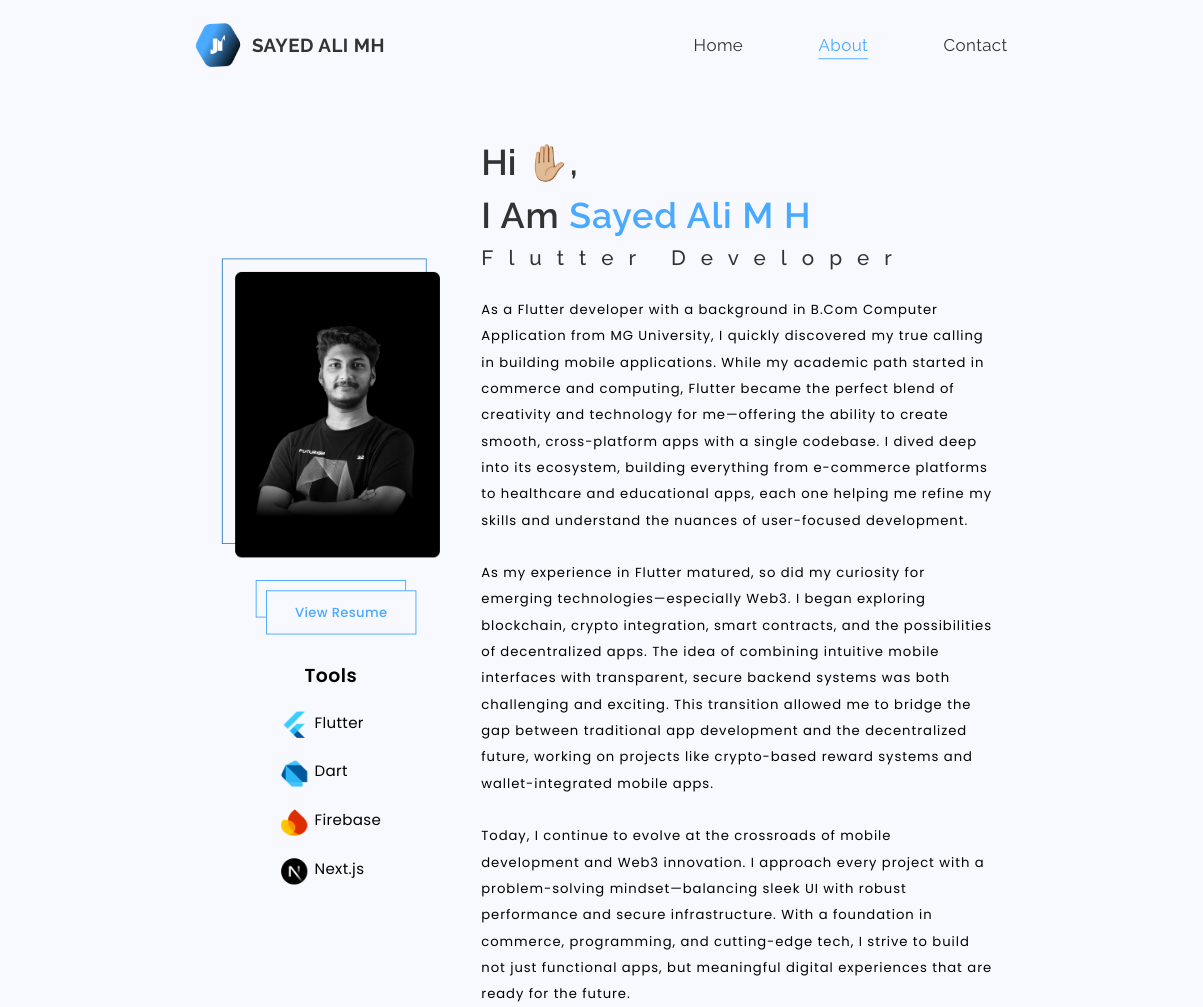
Repository: sayedali-2129/sayedali-portfolio
Page: /about
The author's editor kept a copy of each file at every save. The page is drawn from the files as they stood at one save, then again after the next save.
The browser window is 1280 px wide. The pictures show the whole page, at 94% of full size.
The project was rebuilt for these pictures with package versions that can differ from the ones it lists, and the page was loaded fresh each time. The framework's server and built-in components were replaced by stand-ins that run in the browser. Also part of the build but not shown: next.config.ts.

Above is the page before, as saved 2025-05-25 17:53:53.

### src/app/about/page.tsx
import About from "@/features/about/presentation/About";

function AboutPage() {
  return <About />;
}
export default AboutPage;

### src/features/about/presentation/About.tsx
import NavBar from "@/features/home/components/NavBar";
import AboutBody from "../components/AboutBody";

function About() {
  return (
    <div>
      <NavBar />
      <AboutBody />
    </div>
  );
}

export default About;

### src/features/home/components/NavBar.tsx
"use client";

import CloseIcon from "@/assets/icons/close-icon.png";
import Logo from "@/assets/icons/logo.png";
import MenuIcon from "@/assets/icons/menu.png";
import Image from "next/image";
import Link from "next/link";
import { usePathname } from "next/navigation";
import { useEffect, useState } from "react";

export default function NavBar() {
  const [showMenu, setShowMenu] = useState(false);
  const [mounted, setMounted] = useState(false);
  const pathname = usePathname();

  useEffect(() => {
    setMounted(true);
  }, []);

  const openMenu = () => {
    setShowMenu(!showMenu);
  };

  const navBarItemClass =
    "text-TextColor sm:font-RalewayRegular sm:text-lg text-[16px] font-RalewaySemiBold tracking-wide hover:cursor-pointer hover:text-TextBlue";

  return (
    <div className="z-50 md:h-24 h-20 w-full bg-BackGroundColor fixed xl:px-52 md:px-32 sm:px-16 px-4 flex flex-row items-center justify-between">
      <ul className="flex gap-2 items-center">
        <li>
          <Link href="/">
            <Image
              src={Logo}
              alt="SAYED ALI MH LOGO"
              className="md:h-12 md:w-12 h-10 w-10"
            />
          </Link>
        </li>
        <li>
          <Link
            href="/"
            className="ml-1 text-TextColor md:text-xl text-[16px] font-RalewayBold tracking-wide"
          >
            SAYED ALI MH
          </Link>
        </li>
      </ul>

      <ul className="hidden sm:flex flex-row xl:gap-20 md:gap-14 sm:gap-9">
        <li>
          <Link
            href="/"
            className={`${
              pathname === "/"
                ? "text-TextBlue underline underline-offset-8"
                : "text-TextColor"
            } sm:font-RalewayRegular sm:text-lg text-[16px] font-RalewaySemiBold tracking-wide hover:cursor-pointer hover:text-TextBlue`}
          >
            Home
          </Link>
        </li>

        <li>
          <Link
            href="/about"
            className={`${
              pathname === "/about"
                ? "text-TextBlue underline underline-offset-8"
                : "text-TextColor"
            } sm:font-RalewayRegular sm:text-lg text-[16px] font-RalewaySemiBold tracking-wide hover:cursor-pointer hover:text-TextBlue`}
          >
            About
          </Link>
        </li>

        <li>
          <a
            href="mailto:sayedalimh@gmail.com"
            target="_blank"
            rel="noopener noreferrer"
            className={navBarItemClass}
          >
            Contact
          </a>
        </li>
      </ul>
      <Image
        src={MenuIcon}
        alt="Menu Icon"
        onClick={openMenu}
        className="flex sm:hidden h-8 w-8 hover:cursor-pointer"
      />
      {mounted && (
        <>
          <div
            className={`fixed inset-0 bg-black/50 transition-opacity duration-300 sm:hidden ${
              showMenu ? "opacity-100" : "opacity-0 pointer-events-none"
            }`}
            onClick={openMenu}
          />
          <div
            className={`z-50 flex sm:hidden flex-col gap-2 rounded-xl absolute top-24 left-1/2 transform -translate-x-1/2 bg-BackGroundColor p-3 w-60 items-center transition-all duration-300 ${
              showMenu
                ? "opacity-100 translate-y-0"
                : "opacity-0 -translate-y-4 pointer-events-none"
            }`}
          >
            <div className="flex flex-row justify-end w-full">
              <Image
                src={CloseIcon}
                alt="Menu Close Icon"
                onClick={openMenu}
                className="h-6 w-6 hover:cursor-pointer"
              />
            </div>
            <Link href="/" className={navBarItemClass}>
              Home
            </Link>

            <Link href="/about" className={navBarItemClass}>
              About
            </Link>
            <a
              href="mailto:sayedalimh@gmail.com"
              target="_blank"
              rel="noopener noreferrer"
              className={navBarItemClass}
            >
              Contact
            </a>
          </div>
        </>
      )}
    </div>
  );
}

### src/features/about/components/AboutBody.tsx
import DartIcon from "@/assets/icons/dart-icon.png";
import FirebaseIcon from "@/assets/icons/firebase-icon.png";
import FlutterIcon from "@/assets/icons/flutter-icon.png";
import NextIcon from "@/assets/icons/nextjs-icon.png";
import SayedAli from "@/assets/images/sayed ali.png";
import Image from "next/image";

export default function AboutBody() {
  return (
    <div className="pt-36 xl:px-52 md:px-20 sm:px-12 px-2 flex flex-wrap items-center justify-center md:gap-0 gap-12">
      <div className="md:w-1/3  flex flex-col items-center">
        <Image
          src={SayedAli}
          className="md:w-[232px] w-[200px] md:h-[318px] h-[270px] "
          alt="Sayed Ali Flutter Developer image"
        />
        <div className="mt-6 w-40 h-10  px-[10px] py-[10px] border border-TextBlue relative">
          <a
            href="https://drive.google.com/file/d/1XpBqr2Nca2le6zMz7zG3WaW7BrghwNyU/view"
            download="Jaseel Rahman CV.pdf"
            className="absolute w-40 border border-TextBlue bg-BackGroundColor flex items-center cursor-pointer justify-center px-5 py-3 text-[14px] text-TextBlue tracking-wide hover:underline underline-offset-4 font-PoppinsMedium"
          >
            View Resume
          </a>
        </div>

        <h3 className="mt-12 font-PoppinsSemiBold tracking-wide text-xl">
          Tools
        </h3>

        <div>
          <ul className="mt-6 flex gap-2">
            <li>
              <Image
                src={FlutterIcon}
                alt="Flutter"
                className="md:w-7 w-6 md:h-7 h-6"
              />
            </li>
            <li>
              <h4 className=" font-PoppinsRegular tracking-wide text-base">
                Flutter
              </h4>
            </li>
          </ul>
          <ul className="mt-6 flex gap-2">
            <li>
              <Image
                src={DartIcon}
                alt="Dart"
                className="md:w-7 w-6 md:h-7 h-6"
              />
            </li>
            <li>
              <h4 className=" font-PoppinsRegular tracking-wide text-base">
                Dart
              </h4>
            </li>
          </ul>
          <ul className="mt-6 flex gap-2">
            <li>
              <Image
                src={FirebaseIcon}
                alt="Firebase"
                className="md:w-7 w-6 md:h-7 h-6"
              />
            </li>
            <li>
              <h4 className=" font-PoppinsRegular tracking-wide text-base">
                Firebase
              </h4>
            </li>
          </ul>
          <ul className="mt-6 flex gap-2">
            <li>
              <Image
                src={NextIcon}
                alt="Next.js"
                className="md:w-7 w-6 md:h-7 h-6"
              />
            </li>
            <li>
              <h4 className=" font-PoppinsRegular tracking-wide text-base">
                Next.js
              </h4>
            </li>
          </ul>
        </div>
      </div>
      {/* right section */}
      <div className="sm:w-4/6 px-4 ">
        <h2 className="sm:text-[38px] text-[30px] font-RalewaySemiBold text-TextColor">
          Hi ✋🏼,
        </h2>
        <h2 className="sm:text-[38px] text-[30px] font-RalewaySemiBold text-TextColor tracking-wide">
          I Am <span className="text-TextBlue">Sayed Ali M H</span>
        </h2>
        <h3 className="text-TextColor font-RalewayMedium sm:text-[22px] text-[18px] sm:tracking-[16px] tracking-[12px]">
          Flutter Developer
        </h3>
        <p className="mt-6 font-PoppinsRegular  text-[14px] leading-7 sm:tracking-[1px] tracking-[1px]">
          As a Flutter developer with a background in B.Com Computer Application
          from MG University, I quickly discovered my true calling in building
          mobile applications. While my academic path started in commerce and
          computing, Flutter became the perfect blend of creativity and
          technology for me—offering the ability to create smooth,
          cross-platform apps with a single codebase. I dived deep into its
          ecosystem, building everything from e-commerce platforms to healthcare
          and educational apps, each one helping me refine my skills and
          understand the nuances of user-focused development.
          <br />
          <br />
          As my experience in Flutter matured, so did my curiosity for emerging
          technologies—especially Web3. I began exploring blockchain, crypto
          integration, smart contracts, and the possibilities of decentralized
          apps. The idea of combining intuitive mobile interfaces with
          transparent, secure backend systems was both challenging and exciting.
          This transition allowed me to bridge the gap between traditional app
          development and the decentralized future, working on projects like
          crypto-based reward systems and wallet-integrated mobile apps.
          <br />
          <br />
          Today, I continue to evolve at the crossroads of mobile development
          and Web3 innovation. I approach every project with a problem-solving
          mindset—balancing sleek UI with robust performance and secure
          infrastructure. With a foundation in commerce, programming, and
          cutting-edge tech, I strive to build not just functional apps, but
          meaningful digital experiences that are ready for the future.
        </p>
      </div>
    </div>
  );
}

Loaded but not shown: src/app/layout.tsx (common file); src/app/globals.css (common file)

After the next save:
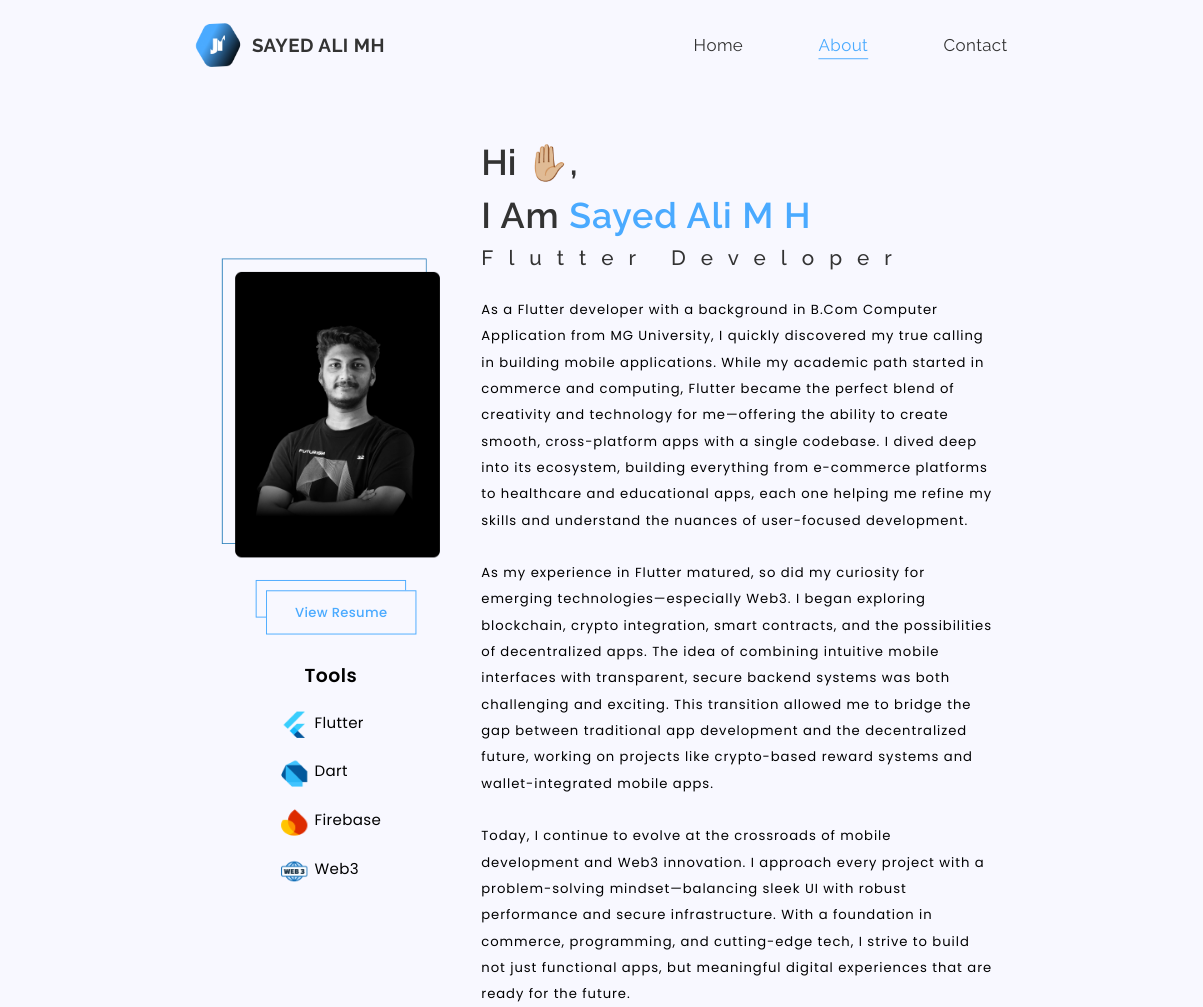
Saved 10 s later.
--- a/src/features/about/components/AboutBody.tsx
+++ b/src/features/about/components/AboutBody.tsx
@@ -1,7 +1,7 @@
 import DartIcon from "@/assets/icons/dart-icon.png";
 import FirebaseIcon from "@/assets/icons/firebase-icon.png";
 import FlutterIcon from "@/assets/icons/flutter-icon.png";
-import NextIcon from "@/assets/icons/nextjs-icon.png";
+import Web3Icon from "@/assets/icons/web-3-icon.png";
 import SayedAli from "@/assets/images/sayed ali.png";
 import Image from "next/image";
 
@@ -71,17 +71,18 @@
               </h4>
             </li>
           </ul>
+
           <ul className="mt-6 flex gap-2">
             <li>
               <Image
-                src={NextIcon}
-                alt="Next.js"
+                src={Web3Icon}
+                alt="Web3"
                 className="md:w-7 w-6 md:h-7 h-6"
               />
             </li>
             <li>
               <h4 className=" font-PoppinsRegular tracking-wide text-base">
-                Next.js
+                Web3
               </h4>
             </li>
           </ul>
